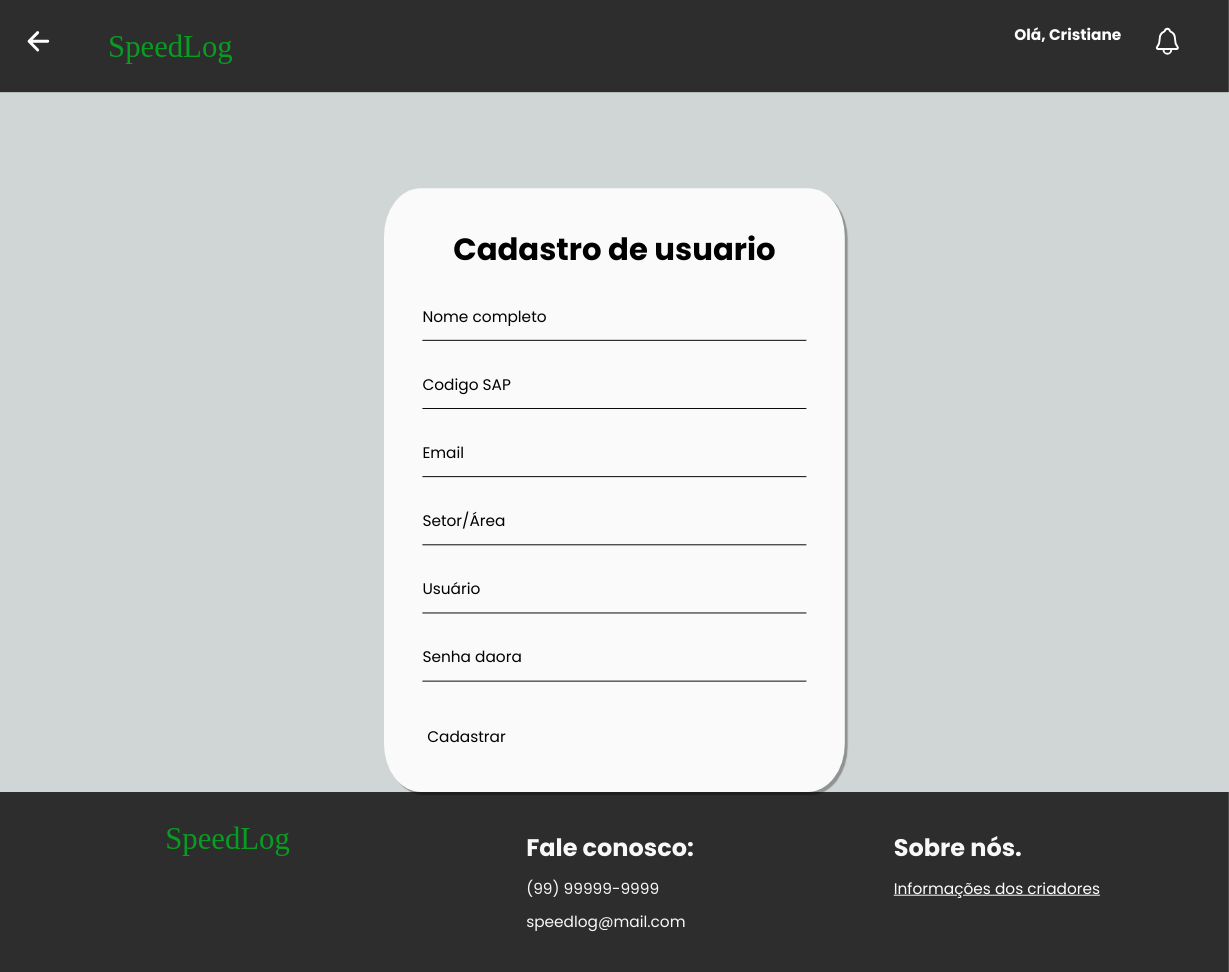
Repository: crisholiveira/speedlog
Page: http://localhost/cadastroDeUsuario/
These files come from the project's save history. The page is drawn as it stood at one moment and after the next save; the edit follows.
The browser window is 1280 px wide. The pictures show the whole page, at 96% of full size.
Some web fonts or font styles are not loaded; a fallback is used. The page is served by the project's Node server (app.js). Other server files are loaded and not shown.

Above is the page before, as saved 2022-01-16 19:18:00.

### views/cadUsuario.ejs
<!DOCTYPE html>
<html lang="pt-br">
<head>
    <meta charset="UTF-8">
    <meta http-equiv="X-UA-Compatible" content="IE=edge">
    <meta name="viewport" content="width=device-width, initial-scale=1.0">
    <title>Cadastro de usuário</title>

    <link rel="stylesheet" href="/stylesheets/cadUsuario.css">
    <%- include('./partials/header.ejs') %>

</head>


<body>

    <div class="container">
        <div class="card">
            <h1>Cadastro de usuario</h1>

            <div class="label-float">
                <input type="text" name="nome" id="nome" placeholder=" ">
                <label for="nome">Nome completo</label>
            </div>

            <div class="label-float">
                <input type="number" name="sap" id="sap" placeholder=" ">
                <label for="sap">Codigo SAP</label>
            </div>

            <div class="label-float">
                <input type="email" name="email" id="email" placeholder=" ">
                <label for="email">Email</label>
            </div>

            <div class="label-float">
                <input type="text" name="setor" id="setor" placeholder=" ">
                <label for="setor">Setor/Área</label>
            </div>

            <div class="label-float">
                <input type="text" name="usuario" id="usuario" placeholder=" ">
                <label for="usuario">Usuário</label>
            </div>

            <div class="label-float">
                <input type="password" name="senha" id="senha" placeholder=" ">
                <label for="senha">Senha daora</label>
            </div>

            <div class="justfy-center">
                <button>Cadastrar</button>
            </div>

        </div>
    </div>

</body>

<%- include('./partials/footer.ejs') %>
</html>

### views/partials/header.ejs
<!DOCTYPE html>
<html lang="en">

<head>
    <meta charset="UTF-8">
    <meta http-equiv="X-UA-Compatible" content="IE=edge">
    <meta name="viewport" content="width=device-width, initial-scale=1.0">
    <link rel="stylesheet" href="/stylesheets/header.css">
    <title>SpeedLog</title>
</head>
<header>
    <div id="menu-header">
        <div class="header-container">
            <span class="icone-voltar"><a href="/home"><ion-icon name="arrow-back-outline"></ion-icon></a>

            </span>
            <span class="logo">SpeedLog</span>
            <span class="icone-notificacao">
                <ion-icon name="notifications-outline"></ion-icon>
            </span>
            <span class="bem-vindo">
                <h4>Olá, Cristiane</h4>
            </span>
        </div>
    </div>
</header>
<script type="module" src="https://unpkg.com/ionicons@5.5.2/dist/ionicons/ionicons.esm.js"></script>
<script nomodule src="https://unpkg.com/ionicons@5.5.2/dist/ionicons/ionicons.js"></script>

### views/partials/footer.ejs
<!DOCTYPE html>
<html lang="en">
<head>
    <meta charset="UTF-8">
    <meta http-equiv="X-UA-Compatible" content="IE=edge">
    <meta name="viewport" content="width=device-width, initial-scale=1.0">
    <title>Document</title>
    <link rel="stylesheet" href="/stylesheets/footer.css">
</head>

<footer>

    <div class="footer">

        <div class="caixa1">
            <span class="logo"> SpeedLog </span>
        </div>

        <div class="caixa2">

            <ul>
            <li class="titulo"><b>Fale conosco:</b> </li>
            <li>(99) 99999-9999</li>
            <li>speedlog@mail.com</li>
            </ul>

        </div>

        <div class='caixa3'>
            <ul>
                <li class="titulo"><b>Sobre nós.</b></li>
                <li><a href="#" style="color: white">Informações dos criadores</a></li>
            </ul>
        </div>


    </div>

</footer>

### app.js
var createError = require('http-errors');
var express = require('express');
var path = require('path');
var cookieParser = require('cookie-parser');
var logger = require('morgan');

var indexRouter = require('./routes/index');
var usersRouter = require('./routes/users');
var homeRouter = require('./routes/home');
var perfilRouter = require('./routes/perfil');
var requisicoesRouter = require('./routes/requisicoes');
var estoqueRouter = require('./routes/estoque');
var usuariosRouter = require('./routes/usuarios');
var produtosRouter = require('./routes/produtos');
var cadFornecedorRouter = require('./routes/cadFornecedor')
var cadUsuarioRouter = require('./routes/cadUsuario');


var app = express();

// view engine setup
app.set('views', path.join(__dirname, 'views'));
app.set('view engine', 'ejs');

app.use(logger('dev'));
app.use(express.json());
app.use(express.urlencoded({ extended: false }));
app.use(cookieParser());
app.use(express.static(path.join(__dirname, 'public')));

app.use('/', indexRouter);
app.use('/users', usersRouter);
app.use('/home', homeRouter);
app.use('/perfil', perfilRouter);
app.use('/requisicoes', requisicoesRouter);
app.use('/estoque', estoqueRouter);
app.use('/usuarios', usuariosRouter);
app.use('/produtos', produtosRouter);
app.use('/cadastroDeFornecedor', cadFornecedorRouter);
app.use('/cadastroDeUsuario', cadUsuarioRouter);

// catch 404 and forward to error handler
app.use(function(req, res, next) {
  next(createError(404));
});

// error handler
app.use(function(err, req, res, next) {
  // set locals, only providing error in development
  res.locals.message = err.message;
  res.locals.error = req.app.get('env') === 'development' ? err : {};

  // render the error page
  res.status(err.status || 500);
  res.render('error');
});

module.exports = app;

### controllers/cadUsuarioController.js
const cadUsuarioController = {
    index: (req,res) => {
        res.render('cadUsuario')
    }
}

module.exports = cadUsuarioController;

### public/stylesheets/cadUsuario.css
* {
    margin: 0;
    padding: 0;
}

body{
    background-color: rgb(208, 214, 214);
    /*
    background-image: url(../img/fundo.jpg);
    background-repeat: no-repeat;
    background-size: cover;
    background-position: center;
    background-attachment: fixed; */
}

.container{
    display: flex;
    justify-content: center;
    width: 100%;
    margin-top: 100px;
}

.card{
    background-color: rgb(250, 250, 250);
    padding: 40px;
    border-radius: 8%;
    box-shadow: 3px 3px 1px 0 #00000050;
}

h1{
    text-align: center;
    margin-bottom: 20px;
}

.label-float input{
    width: 100%;
    padding: 5px 5px;
    display: inline-block;
    border: 0;
    border-bottom: 1px solid #000;
    background-color: transparent;
    outline: none;
    min-width: 400px;
    font-size: 18px;
    transition: all .3s ease-out;
}

.label-float{
    position: relative;
    padding-top: 13px;
    margin-top: 5%;
    margin-bottom: 5%;
}

.label-float input:focus{
    border-bottom: 2px solid #000;
}

.label-float label{
    color: rgb(0, 0, 0);
    pointer-events: none;
    position: absolute;
    top: 0;
    left: 0;
    margin-top: 13px;
    transition: all .3s ease-out;
}

.label-float input:focus + label{
    font-size: 12px;
    margin-top: 0;
    color: black;
}

button{
    background-color: transparent;
    border-color: black;
    color: black;
    padding: 5px;
    font-size: 12pt;
    margin-top: 20px;
    border-radius: 8%;
    cursor: pointer;
    outline: node;
}

button:hover{
    background-color: rgb(27, 168, 81);
    color: white;
    transition: all .3s ease-out;
}

### public/stylesheets/header.css
@import url('https://fonts.googleapis.com/css2?family=Poppins:wght@100;200;300;400;500;600;700&display=swap');
@import url('https://fonts.googleapis.com/css2?family=Patrick+Hand&display=swap');

*{
    padding: 0;
    margin: 0;
    box-sizing: border-box;
    border: none;
    font-family: 'Poppins'
}

header {
    min-height: 10vh;
    background-color:#2d2d2d;

}

.header-container a {
    color: white;
}



.header-container {
    padding: 1.5rem;

}

.logo {
    color:#099c22;
    font-family: 'Patrick Hand', cursive;
    font-size: 2rem;
    padding: 3rem;

}


.icone-voltar {
    font-size: 2rem;
    color: white;



}

.icone-notificacao {
    font-size: 2rem;
    color: white;
    float: right;
    padding-right: 1.5rem;

}

.bem-vindo {
    color: white;
    float: right;

}
.bem-vindo h4 {
    padding-right: 2rem;
}
@media (max-width: 768px){
    .logo{
        display: none;
    }
}

### public/stylesheets/footer.css
*{
    padding: 0;
    margin: 0;
    box-sizing: border-box;
    border: none;
    font-family: 'Poppins'
}

footer{
    min-height: 10vh;
    background-color:#2d2d2d;
    color: rgb(248, 248, 248);
    padding: 30px;
}

.logo{
    color:#099c22;
    font-family: 'Patrick Hand', cursive;
    font-size: 2rem;
    text-align: center;
}

ul{

    list-style: none;


}

li{
    margin: 10px;

}

.footer{
    display: flex;
    justify-content: space-around;
}

.titulo{
    font-size: 25px;
}

After the next save:
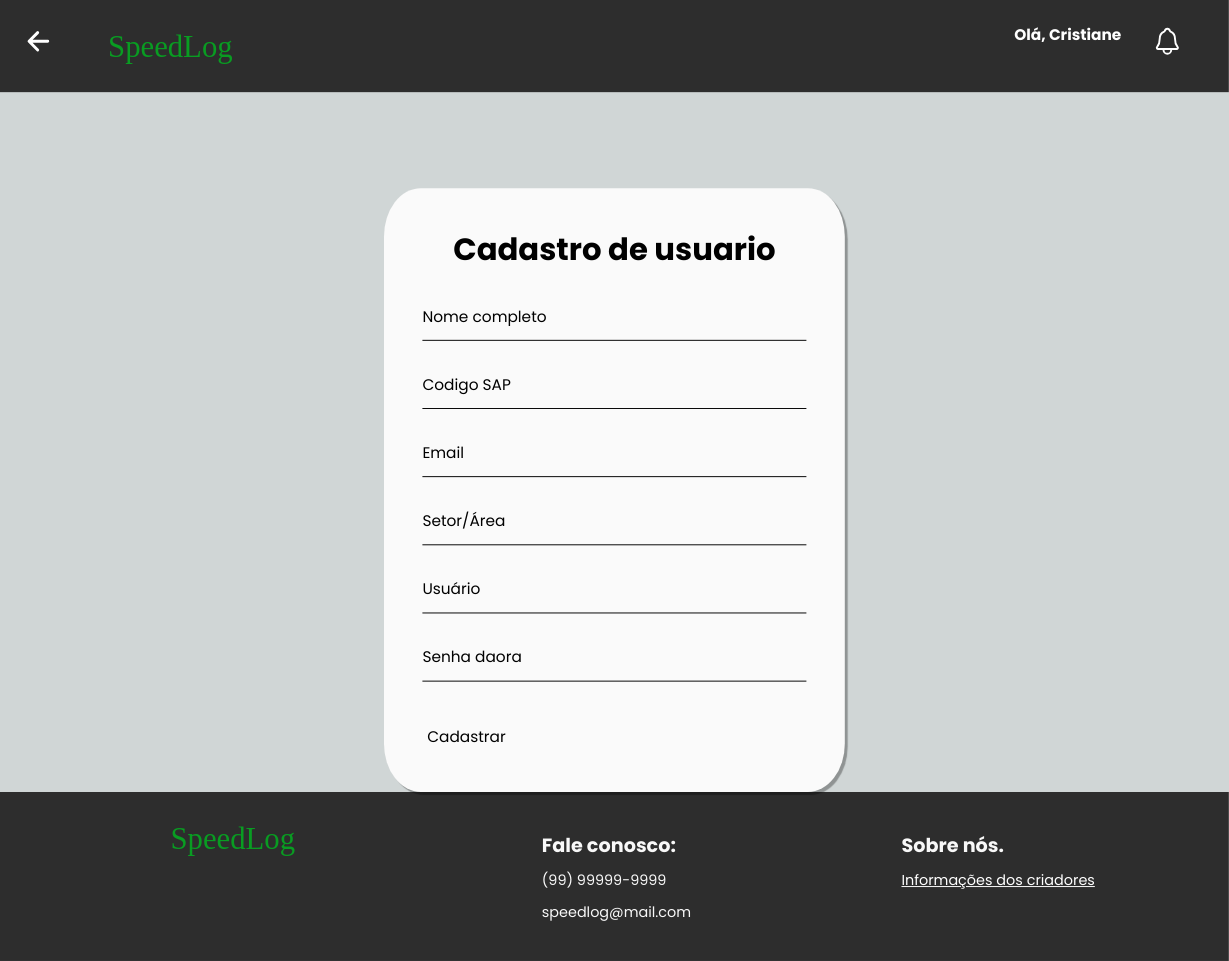
Saved 107 s later.
--- a/public/stylesheets/footer.css
+++ b/public/stylesheets/footer.css
@@ -29,6 +29,7 @@ ul{
 
 li{
     margin: 10px;
+    font-size: 15px;
 
 }
 
@@ -38,5 +39,5 @@ li{
 }
 
 .titulo{
-    font-size: 25px;
+    font-size: 20px;
 }
